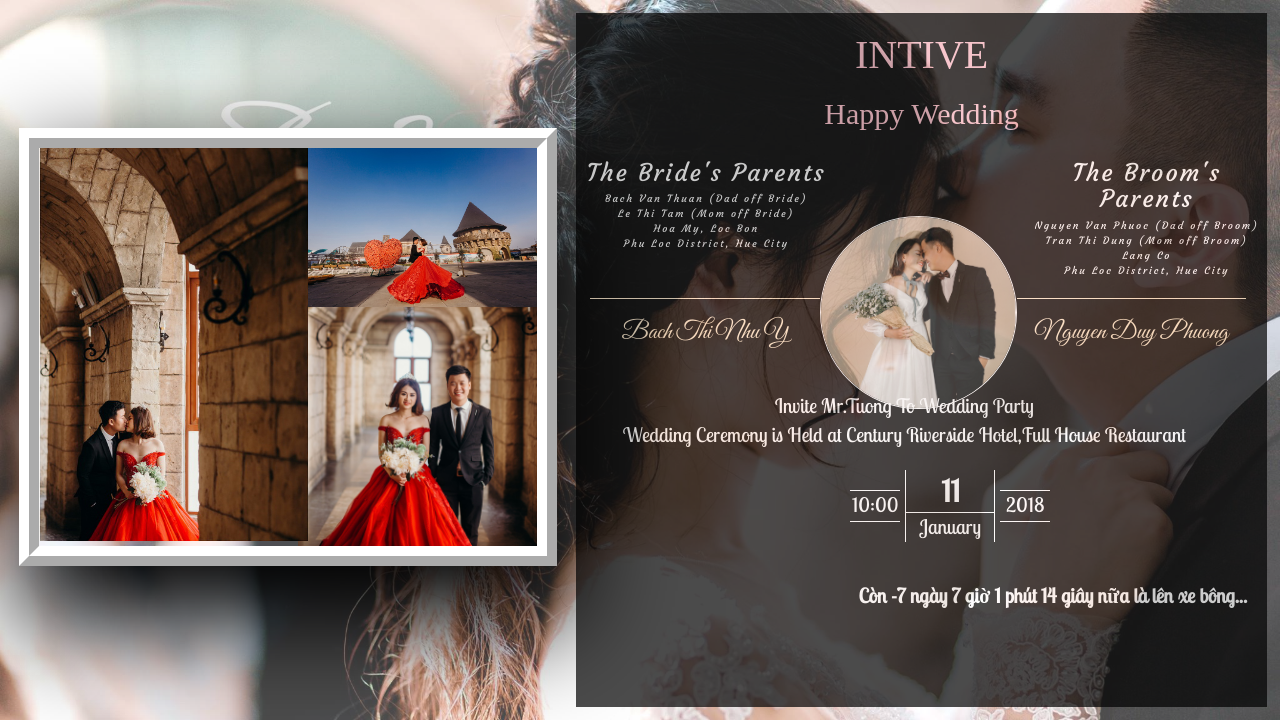
Repository: nguyenhuutuong999/WeddingOfSister
Page: index.html
An editor plug-in stored every save of this project. The page is shown before and after the next save, followed by the edit.
The browser window is 1280 px wide. The pictures show the whole page.
Some web fonts or font styles are not loaded; a fallback is used.

Above is the page before, as saved 2019-09-17 16:58:58.

### index.html
<!doctype html>
<html>

<head>
    <meta charset="utf-8">
    <meta name="viewport" content="width=device-width, initial-scale=1">
    <title>Wedding</title>

    <!-- Latest compiled and minified CSS & JS -->

    <link rel="stylesheet" href="./style.css">


    <!-- Latest compiled and minified CSS & JS -->
    <link rel="stylesheet" media="screen" href="//netdna.bootstrapcdn.com/bootstrap/3.3.4/css/bootstrap.min.css">
    <script src="//code.jquery.com/jquery.js"></script>
    <script src="//netdna.bootstrapcdn.com/bootstrap/3.3.4/js/bootstrap.min.js"></script>

    <link rel="stylesheet" href="./animate.css">
    <script type="text/javascript" src="./wow.min.js"></script>
    <script>
        new WOW().init();
    </script>

</head>


<body>
    <div id="container">
        <div id="opacity-background"></div>

        <div id="album">
                <img id = "vh" name="image_vh" src="./images/vh1.jpg" class="wow fadeInLeft" data-wow-duration="1s">
                <img id = "hh" name="image_hh" src="./images/hh1.jpg" class="wow fadeInRight" data-wow-duration="1s">
            <img id = "s" name="image_s" src="./images/s1.jpg" class="wow fadeInUp" data-wow-duration="1s">
        </div>
        <div id="content">
            <h1 id="invite">INTIVE</h1>
            <h2 id="happy">Happy Wedding</h2>
            <div id="infor">
                <div id="bride" class="wedding">
                    <!-- // <label>Le Thi Thanh Ngan</label> -->
                    <h3>The Bride's Parents</h3>
                    <p>Bach Van Thuan (Dad off Bride)</p>
                    <p>Le Thi Tam (Mom off Bride)</p>
                    <p>Hoa My, Loc Bon</p>
                    <p>Phu Loc District, Hue City</p>

                </div>
                <div id="broom" class="wedding">
                    <!--  -->
                    <h3>The Broom's Parents</h3>
                    <p>Nguyen Van Phuoc (Dad off Broom)</p>
                    <p>Tran Thi Dung (Mom off Broom)</p>
                    <p>Lang Co</p>
                    <p>Phu Loc District, Hue City</p>

                </div>
                <!-- <canvas id="myCanvas" width="470" height="300"></canvas> -->

            </div>
            <div id="colorful">
                <h2 style="margin-left: 0px;" class="name">Bach Thi Nhu Y</h2>
                <img name="image_s" id="radius" src="./images/s1.jpg" class="wow zoomIn" data-wow-duration="1s" />
                <h2 style="margin-left: 0px;" class="name">Nguyen Duy Phuong</h2>
            </div>
            <div id="desc">
                <div style="color: white; position: relative; margin-top: 40%;">Invite Mr.Tuong To Wedding Party</div>
                <div id="place">Wedding Ceremony is Held at Century Riverside Hotel,Full House Restaurant</div>
                <div id="time">
                    <div id="hour" class="border1">10:00</div>
                    <div id="day-month">
                        <div id="day">11</div>
                        <div id="month">January</div>
                    </div>
                    <div id="year" class="border1">2018</div>
                </div>

            </div>
            <p id="countDown"></p>
        </div>

</body>

</html>
<script type="text/javascript">
    window.onload = function () {

        setTimeout("switchImageVH()", 3000);
        setTimeout("switchImageS()", 3000);
        setTimeout("switchImageHH()", 3000);
    }
    var current_vh = 1;
    var num_image_vh = 7;

    var current_s = 1;
    var num_image_s = 7

    var current_hh = 1;
    var num_image_hh = 7;

    function switchImageVH() {
        current_vh++;
        document.images['image_vh'].src = './images/vh' + current_vh + '.jpg';

        if (current_vh < num_image_vh) {
            setTimeout("switchImageVH()", 3000);

        } else if (current_vh == num_image_vh) {

            current_vh = 1;
            setTimeout("switchImageVH()", 3000);
        }


    }
    function switchImageS() {
        current_s++;
        document.images['image_s'].src = './images/s' + current_s + '.jpg';

        if (current_s < num_image_s) {
            setTimeout("switchImageS()", 3000);

        } else if (current_s == num_image_s) {
            current_s = 1;
            setTimeout("switchImageS()", 3000);
        }
    }
    function switchImageHH() {
        current_hh++;
        document.images['image_hh'].src = './images/hh' + current_hh + '.jpg';

        if (current_hh < num_image_s) {
            setTimeout("switchImageHH()", 3000);

        } else if (current_hh == num_image_s) {
            current_hh = 1;
            setTimeout("switchImageHH()", 3000);
        }
    }


    var dateWedding = {

        date: 10,
        hour: 23,
        minutes: 59,
        second: 59,
    }

    setInterval(function () {
        var today = new Date();
        var date = "Còn " + (dateWedding.date - today.getDate()) + " ngày " + (dateWedding.hour - today.getHours()) + " giờ " + (dateWedding.minutes - today.getMinutes()) + " phút " + (dateWedding.second - today.getSeconds() + " giây nữa là lên xe bông...");
        document.getElementById("countDown").innerHTML = date;
    }, 1000);



    // var canvas = document.getElementById('myCanvas');
    // var context = canvas.getContext('2d');

    // // Xác đinh tâm là trọng tâm của Canvas
    // var x = canvas.width / 2;
    // var y = canvas.height / 2;

    // // bán kính 75px
    // var radius = 130;

    // // Góc bắt đầu là 1.1PI
    // var startAngle = 1.1 * Math.PI;

    // // Góc kết thúc là 1.9PI
    // var endAngle = 1.9 * Math.PI;

    // // Cùng chiều kim đồng hồ
    // var counterClockwise = false;

    // // Vẽ đường cung
    // context.beginPath();
    // context.arc(x, y, radius, startAngle, endAngle, counterClockwise);
    // context.lineWidth = 1.5;

    // // line color
    // context.strokeStyle = 'blanchedalmond';
    // context.stroke();


</script>

### style.css
@import url('https://fonts.googleapis.com/css?family=Great+Vibes&display=swap');
@import url('https://fonts.googleapis.com/css?family=Cookie&display=swap');
@import url('https://fonts.googleapis.com/css?family=Courgette&display=swap');
@import url('https://fonts.googleapis.com/css?family=Berkshire+Swash|Great+Vibes&display=swap');
@import url('https://fonts.googleapis.com/css?family=Lobster+Two&display=swap');
body,html{
    top:0;
    margin: 0;
    padding: 0;
    font-family: Impact, Haettenschweiler, 'Arial Narrow Bold', sans-serif;
    width: 100%;
    height: 100%;
}

#container{
    display: flex;
    background-image: url("./images/wedding6.jpg.png");
    background-repeat: repeat;
    background-size: cover;
    width: 100%;
    height: 100%;
    position: relative;
}
#opacity-background{

    position: absolute;
    top: 0;
    left: 0;
    width: 100%;
    height: 100%;
    background:white;
    opacity: 0.3;

}

#content{

    position: relative;
    background: rgb(0, 0, 0);
    opacity: 0.7;
    width: 59%;
    float: left;
    margin: 1% 1% 1% 45%;

}
#album {
    margin: 10% 1.5%;
    width: 42%;
    position: absolute;
    box-shadow: 10px 50px 100px 10px black;
    border: 20px ridge #ffffff;
}

#vh{
    width: 54%;
    position: absolute;

}
#hh{
    width: 48%;
    margin-left: 52%;

}
#s{
    width: 48%;
    margin-left: 52%;

}


#invite{
    font-family: 'Berkshire Swash', cursive;
    color: pink;
    text-align: center;
    font-size: 40px;
}
#happy{
    font-family: 'Berkshire Swash', cursive;
    color: pink;
    text-align: center;
}
#infor{
    color: white;
    font-family: 'Courgette', cursive;
    font-size: 10px;
    display: flex;
    position: absolute;
    padding: px 10px;
    width: 100%;
}
.wedding{
    width: calc(100%/2);
    letter-spacing: 2px;
    text-align: center;
    line-height: 5px;
}
#colorful{
    color: white;
    font-family: 'Great Vibes', cursive;
    display: flex;
    margin-top: 0px;
    position: absolute;
    text-align: center;
    width: 95%;
    align-items: center;
    margin-top: 11%;
    margin-left: 2%;

}
.name{
    border-style: solid;
    border-width: 1px 0 0 0;
    padding:  20px 0;
    margin-top: 50px;
    color: blanchedalmond;
    width: 35%;
    font-size: 25px;
}
#radius{
    border-radius: 100%;
    border: solid 1.5px white;
    width: 30%;
}

#desc{
    position: relative;
    color: white;
    font-family: 'Lobster Two', cursive;
    font-size: 20px;
    margin-top: 00%;
    text-align: center;
    width: 95%;
}



#time{
    display: flex;
    position: relative;
    width: 40%;
    margin-left: 41%;
}
#hour{
    margin: 40px 5px;
}

#year{

    margin: 40px 5px;
}
.border1{
    border-style: solid;
    border-width: 0.1px 0;
    width: 50px;
}
#day-month{
    border-style: solid;
    border-width: 0 1.5px;
    width: 90px;
    margin: 20px 0;
}
#day{
    border-style: solid;
    border-width: 0 0 1px 0;
    width: 89px;

    font-size: 30px;
    font-weight: bold;
}
/* #myCanvas{
    position: absolute;
    margin-top: 110px;
    margin-left: 185px;


} */

#bride{
    margin-left: 10px;
}
#broom{
    margin-left: 200px;
}
#countDown{
    position: relative;
    font-family: 'Lobster Two', cursive;
    color: white;
    text-align: right;
    font-size: 20px;
    font-weight: bold;
    margin-top: 0%;

    padding: 20px;
}

@media only screen and (max-width: 600px) {

    #container{
        display: inline-block;
        background-image: url("./images/wedding5.jpg");
        background-repeat: repeat;
        background-size: cover;
        width: 100%;
        height: 100%;
        position: relative;
    }
    #invite{

        margin-top: 0px;
        padding: 5px;
        font-size: 1em;
    }
    #happy{
        font-size: 0.8em;
        margin-top: -10px;
    }
    #infor{
        margin-top: -30px;
        font-size: 5px;
        padding: 5px 10px;
    }
    .wedding h3{
        font-size: 10px;
    }
    .wedding{
        width: calc(100%);
        letter-spacing: 0.5px;
        font-size: 6px;
        line-height: 0.5px;
    }

    #bride{
        margin-left: 0px;
    }
    #broom{
        margin-left: 70px;
    }
    #colorful{
        width: 95%;
        margin-top: 5%;
        margin-left: 2%;

    }
    .name{
        padding:  10px 0;
        font-size: 12px;
    }
    #radius{
        border: solid 0.5px white;
    }

    #desc{
        position: relative;
        color: white;
        font-family: 'Lobster Two', cursive;
        font-size: 10px;
        margin-top: 30%;
        text-align: center;
        width: 95%;
    }

    #time{
        display: flex;
        position: relative;
        width: 40%;
        margin-left: 35%;
        margin-top: -30px;
        font-size: 7px;
    }
    #hour{
        margin: 45px 5px;
        width: 20%;
    }

    #year{
        width: 20%;
        margin: 45px 5px;
    }

    #day-month{
        border-width: 0 1px;
        width: 40px;
        margin: 35px 0;
    }
    #day{
        width: 100%;
        font-size: 10px;

    }
    #countDown{

        font-size: 8px;
        margin-top: -5%;
    padding: 5px;

    }
    #content{

        position: relative;
        background: rgb(0, 0, 0);
        opacity: 0.7;
        width: 92%;
        margin: 4%;

    }
    #album {
        margin: 4%;
        width: 92%;
        position: absolute;
        margin-top: 80%;
        box-shadow: 10px 50px 100px 10px black;
        border: 15px ridge #ffffff;
    }

    #vh{
        width: 53%;

        position: absolute;

    }
    #hh{
        width: 48%;

        margin-left: 52%;

    }
    #s{
        width: 48%;
        margin-left: 52%;

    }


  }

/* @media only screen and (max-width: 600px) {
    #invite{
        margin-top: 5px;
        font-size: 1em;
    }
    #happy{
        font-size: 0.8em;
        margin-top: -10px;
    }
    #infor{
        margin-top: -30px;
        font-size: 5px;
        padding: 5px 10px;
    }
    .wedding h3{
        font-size: 8px;
    }
    .wedding{
        width: calc(100%);
        letter-spacing: 0.5px;
        font-size:5px;
        line-height: 0.5px;
    }
    #album img{

        width: 90%;
        box-shadow: 10px 50px 100px 10px black;
    }
    #bride{
        margin-left: 0px;
    }
    #broom{
        margin-left: 70px;
    }
    #colorful{
        width: 95%;
        margin-top: 5px;
        margin-left: 2%;

    }
    .name{
        padding:  10px 0;
        font-size: 10px;
    }
    #radius{
        border: solid 0.5px white;
    }

    #desc{
        position: relative;
        color: white;
        font-family: 'Lobster Two', cursive;
        font-size: 5px;
        margin-top: 30%;
        text-align: center;
        width: 95%;
    }

    #time{
        display: flex;
        position: relative;
        width: 40%;
        margin-left: 32%;
        margin-top: -30px;
        font-size: 7px;
    }
    #hour{
        margin: 45px 5px;
    }

    #year{

        margin: 45px 5px;
    }

    #day-month{
        border-width: 0 1px;
        width: 90px;
        margin: 35px 0;
    }
    #day{
        width: 100%;
        font-size: 10px;

    }
    #countDown{

        font-size: 8px;
        margin-top: -18%;

    }#content{

        position: relative;
        background: rgb(0, 0, 0);
        opacity: 0.7;
        width: 61%;
        margin: 4% 1px 0% 0;

    }
    #album {
        width: 30%;
        position: relative;
        margin: 4% 1% 4% 4%;
    }
    #album img{

        width: 95%;
        box-shadow: 10px 50px 100px 10px black;
    }
  } */

Loaded but not shown: animate.css (library); wow.min.js (library)

After the next save:
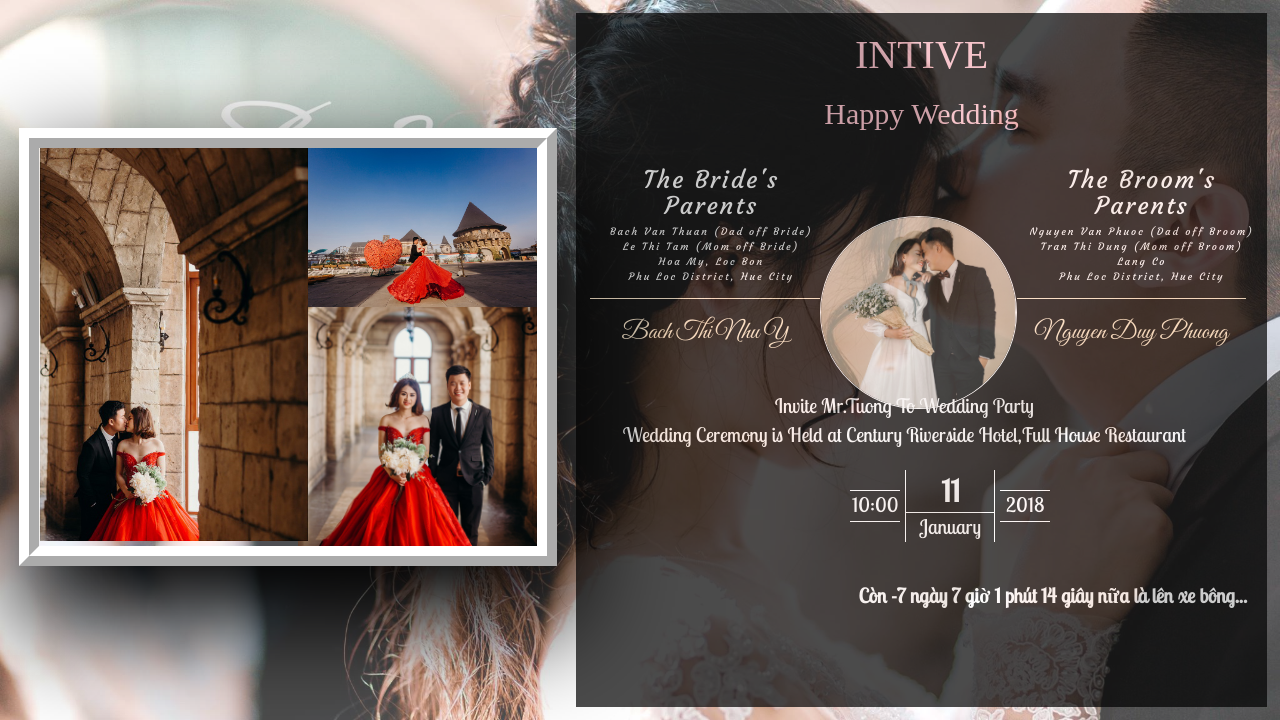
Saved 4 s later.
--- a/style.css
+++ b/style.css
@@ -85,7 +85,7 @@ body,html{
     font-size: 10px;
     display: flex;
     position: absolute;
-    padding: px 10px;
+    padding: 1% 10px;
     width: 100%;
 }
 .wedding{
